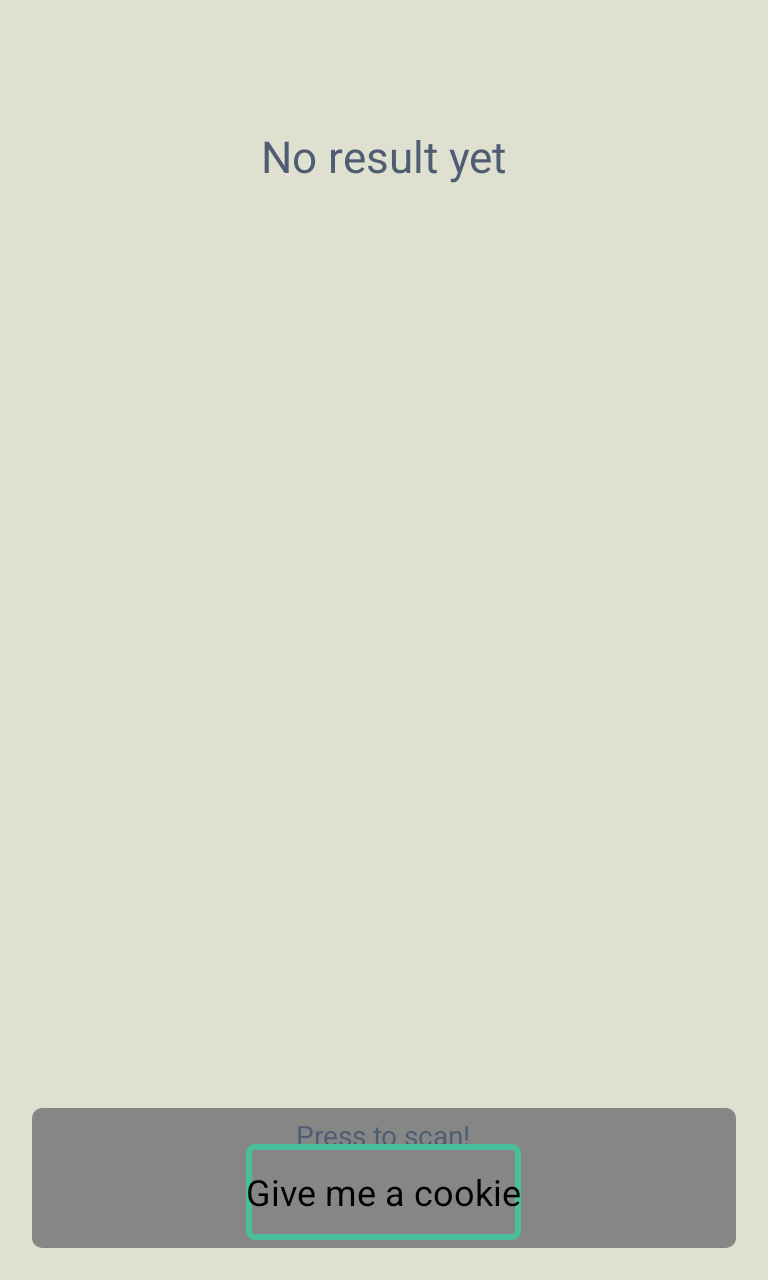
Repository: Kitsopappas/QBIReader
Layout: QBIReader/res/layout/activity_main.xml
The author's editor kept a copy of each file at every save. The layout is drawn from the files as they stood at one save, then again after the next save.
It is drawn on a 768 x 1280 px phone screen (xhdpi) without system bars, with theme AppTheme; the app's code is not run.

Above is the layout before, as saved 2015-03-09 01:29:06.

After the next save:
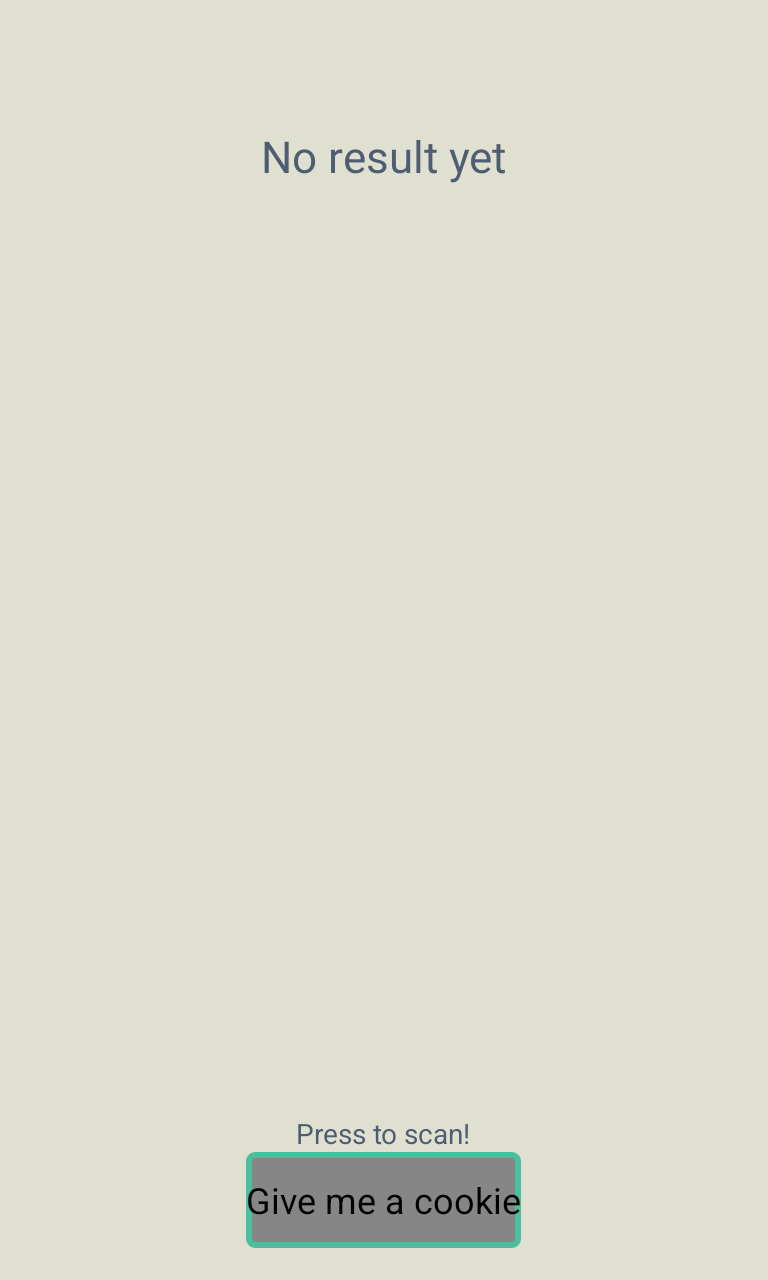
Saved 20 s later.
--- a/QBIReader/res/layout/activity_main.xml
+++ b/QBIReader/res/layout/activity_main.xml
@@ -17,35 +17,25 @@
         android:layout_centerHorizontal="true"
         android:layout_marginTop="47dp"
         android:text="@string/result"
-        android:textColor="#4f5d73"
-        android:textAppearance="?android:attr/textAppearanceLarge" />
+        android:textAppearance="?android:attr/textAppearanceLarge"
+        android:textColor="#4f5d73" />
 
-    <RelativeLayout
-        android:id="@+id/relativeLayout1"
-        android:layout_width="match_parent"
-        android:layout_height="70dp"
+    <Button
+        android:id="@+id/scan"
+        android:layout_width="wrap_content"
+        android:layout_height="wrap_content"
         android:layout_alignParentBottom="true"
         android:layout_centerHorizontal="true"
-        android:background="@drawable/rounded_panel" >
+        android:background="@drawable/button_custom"
+        android:text="@string/scan" />
 
-        <Button
-            android:id="@+id/scan"
-            android:layout_width="wrap_content"
-            android:layout_height="wrap_content"
-            android:layout_alignParentBottom="true"
-            android:layout_centerHorizontal="true"
-            android:background="@drawable/button_custom"
-            android:text="@string/scan" />
-
-        <TextView
-            android:id="@+id/pts"
-            android:layout_width="wrap_content"
-            android:layout_height="wrap_content"
-            android:layout_above="@+id/scan"
-            android:textColor="#4f5d73"
-            android:layout_centerHorizontal="true"
-            android:text="@string/pts" />
-
-    </RelativeLayout>
+    <TextView
+        android:id="@+id/pts"
+        android:layout_width="wrap_content"
+        android:layout_height="wrap_content"
+        android:layout_above="@+id/scan"
+        android:layout_centerHorizontal="true"
+        android:text="@string/pts"
+        android:textColor="#4f5d73" />
 
 </RelativeLayout>
